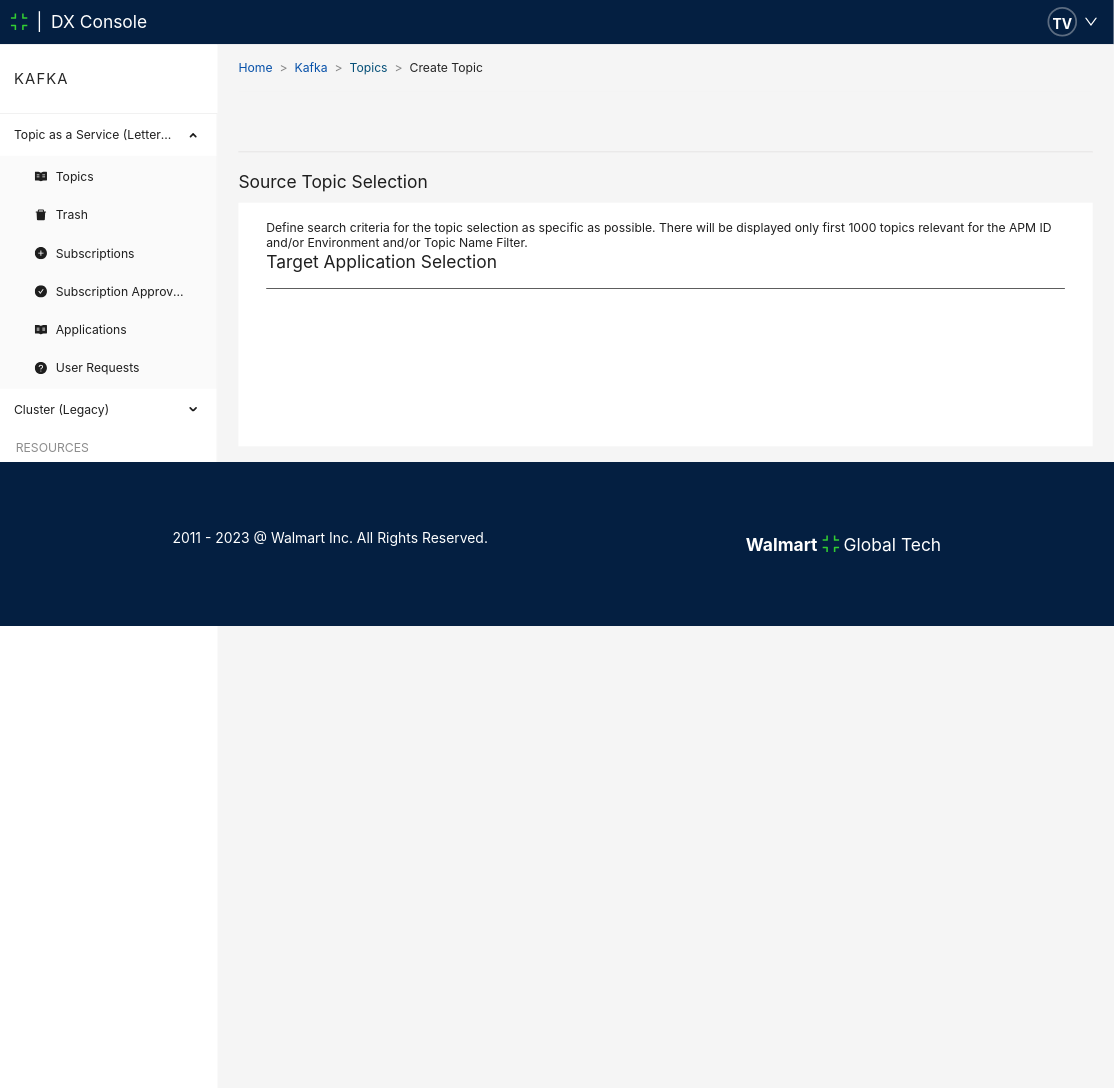
Repository: Qianying-Chai/kafka
Page: /kafka/subscriptions_active_tab=nonProxy/create-non-proxy
The author's editor kept a copy of each file at every save. The page is drawn from the files as they stood at one save, then again after the next save.
The browser window is 1280 px wide. The pictures show the whole page, at 87% of full size.
The project was rebuilt for these pictures with package versions that can differ from the ones it lists, and the page was loaded fresh each time. Also part of the build but not shown: src/pages/Components/ComponentsTable.jsx, src/pages/Components/ComponentsInput.jsx, src/pages/Components/ComponentsPagination.jsx, src/pages/Taas/Topics/Topics.jsx, src/pages/Components/Style/SelectTitle.css, src/pages/Components/SelectTitle.jsx, src/pages/Taas/Topics/Style/DetailsForm.css, src/pages/Taas/Topics/CreateTopics/Form/DetailsForm.jsx and 15 more.

Above is the page before, as saved 2024-01-15 19:32:35.

### src/index.js
import React from "react";
import ReactDOM from "react-dom/client";
import App from "./App";
import { BrowserRouter } from "react-router-dom";
import { Provider } from "react-redux";
import store from "../src/redux/store";
import "./style/index.css";

const root = ReactDOM.createRoot(document.getElementById("root"));
root.render(
  <Provider store={store}>
    <BrowserRouter>
      <App />
    </BrowserRouter>
  </Provider>
);

### src/App.js
import Header from "./pages/common/Header";
import Sider from "./pages/common/Sider.jsx";
import categoryConstants from "./pages/common/categoryConstants";
import Topics from "./pages/Taas/Topics/Topics";
import CreateTopic from "./pages/Taas/Topics/CreateTopics/CreateTopic";
import Trash from "./pages/Taas/Trash/Trash";
import SubscriptionApprovals from "./pages/Taas/SubscriptionApprovals/SubscriptionApprovals";
import SubscriptionsNonProxy from "./pages/Taas/Subscriptions/SubscriptionsNonProxy/SubscriptionsNonProxy";
import CreateSubscriptionsNonProxy from "./pages/Taas/Subscriptions/SubscriptionsNonProxy/CreateSubscriptions/CreateSubscriptionsNonProxy";
import CreateSubscriptionsProxy from "./pages/Taas/Subscriptions/SubscriptionsProxy/CreateSubscriptions/CreateSubscriptionsProxy";
import SubscriptionsProxy from "./pages/Taas/Subscriptions/SubscriptionsProxy/SubscriptionsProxy";
import Applications from "./pages/Taas/Applications/Applications";
import UserRequests from "./pages/Taas/UserRequests/UserRequests";
import Clusters from "./pages/Cluster/Clusters";
import MigratedClusters from "./pages/Cluster/MigratedClusters";
import Subscription from "./pages/Cluster/Subscription";
import UserRequestsLegacy from "./pages/Cluster/UserRequestsLegacy";
import Support from "./pages/Resources/Support";
import Footer from "./pages/common/Footer";
import { Routes, Route } from "react-router-dom";
import { Layout } from "antd";

function App() {
  return (
    <div className="App">
      <Layout>
        <Header />
        <Layout>
          <Sider />
          <Layout
            style={{
              padding: "0 24px 24px",
              height: "fit-content",
            }}
          >
            <Routes>
              <Route
                path={`kafka/${categoryConstants.TOPICS.toLowerCase()}`}
                element={<Topics />}
              />
              <Route
                path={`kafka/${categoryConstants.TOPICS.toLowerCase()}/create`}
                element={<CreateTopic />}
              />
              <Route
                path={`kafka/${categoryConstants.TRASH.toLowerCase()}`}
                element={<Trash />}
              />
              <Route
                path={`kafka/${categoryConstants.SUBSCRIPTIONS.toLowerCase()}_active_tab=nonProxy`}
                element={<SubscriptionsNonProxy />}
              />
              <Route
                path={`/kafka/${categoryConstants.SUBSCRIPTIONS.toLowerCase()}_active_tab=nonProxy/create-non-proxy`}
                element={<CreateSubscriptionsNonProxy />}
              />
              {/* <Route
                path={`/kafka/${categoryConstants.SUBSCRIPTIONS.toLowerCase()}_active_tab=proxy`}
                element={<CreateSubscriptionsProxy />}
              /> */}
              <Route
                path={`kafka/${categoryConstants.SUBSCRIPTIONS.toLowerCase()}_active_tab=proxy`}
                element={<SubscriptionsProxy />}
              />
              <Route
                path={`kafka/subscriptionRequests`}
                element={<SubscriptionApprovals />}
              />
              <Route
                path={`kafka/${categoryConstants.APPLICATIONS.toLowerCase()}`}
                element={<Applications />}
              />
              <Route path={`kafka/requests`} element={<UserRequests />} />
              <Route
                path={`kafka/${categoryConstants.CLUSTERS.toLowerCase()}`}
                element={<Clusters />}
              />
              <Route
                path={`kafka/migrated-clusters`}
                element={<MigratedClusters />}
              />
              <Route
                path={`kafka/mps-clusters-subscriptions`}
                element={<Subscription />}
              />
              <Route
                path={`kafka/legacy-requests`}
                element={<UserRequestsLegacy />}
              />
              <Route
                path={`kafka/${categoryConstants.SUPPORT.toLowerCase()}`}
                element={<Support />}
              />
            </Routes>
          </Layout>
        </Layout>
        <Footer />
      </Layout>
    </div>
  );
}

export default App;

### src/redux/store.jsx
import { configureStore } from "@reduxjs/toolkit";
import reducer from "./reducer";
const store = configureStore({ reducer: reducer });
export default store;

### src/pages/common/Header.jsx
import React from "react";
import "./Style/Header.css";
import { CompressOutlined, UpOutlined, DownOutlined } from "@ant-design/icons";
import { Layout } from "antd";
import { useState } from "react";
const Header = () => {
  const [login, setLogin] = useState(true);

  return (
    <Layout>
      <Layout.Header className="header">
        <div className="header-content-left">
          <CompressOutlined className="header-left-icon" />
          <span className="header-left-divider">|</span>
          <span className="header-left-dx-console">DX Console </span>
        </div>
        <div className="header-content-right">
          <div className="user">
            <div className="user-icon">TV</div>
            {login ? (
              <DownOutlined
                className="login-button"
                onClick={() => {
                  setLogin((state) => !state);
                }}
              />
            ) : (
              <UpOutlined
                className="logout-button"
                onClick={() => {
                  setLogin((state) => !state);
                }}
              />
            )}
          </div>
          <div
            className="logout-pop-up"
            style={{
              display: login ? "none" : "block",
            }}
          >
            LOGOUT
          </div>
        </div>
      </Layout.Header>
    </Layout>
  );
};
export default Header;

### src/pages/common/Sider.jsx
import React from "react";
import { Link } from "react-router-dom";
import "./Style/Sider.css";
import {
  ReadFilled,
  DeleteFilled,
  PlusCircleFilled,
  CheckCircleFilled,
  QuestionCircleFilled,
  HddFilled,
  SettingFilled,
} from "@ant-design/icons";
import { Layout, Menu, theme, ConfigProvider } from "antd";
import categoryConstants from "./categoryConstants";

const Sider = () => {
  const {
    token: { colorBgContainer },
  } = theme.useToken();

  const items = [
    {
      key: "Topic as a Service (Lettera)",
      label: "Topic as a Service (Lettera)",
      children: [
        {
          key: "Topics",
          label: (
            <Link to={`kafka/${categoryConstants.TOPICS.toLowerCase()}`}>
              {categoryConstants.TOPICS}
            </Link>
          ),
          icon: React.createElement(ReadFilled),
        },
        {
          key: "Trash",
          label: (
            <Link to={`kafka/${categoryConstants.TRASH.toLowerCase()}`}>
              {categoryConstants.TRASH}
            </Link>
          ),
          icon: React.createElement(DeleteFilled),
        },
        {
          key: "Subscriptions",
          label: (
            <Link
              to={`kafka/${categoryConstants.SUBSCRIPTIONS.toLowerCase()}_active_tab=nonProxy`}
            >
              {categoryConstants.SUBSCRIPTIONS}
            </Link>
          ),
          icon: React.createElement(PlusCircleFilled),
        },
        {
          key: "Subscription Approvals",
          label: (
            <Link to={`kafka/subscriptionRequests`}>
              {categoryConstants.SUBSCRIPTIONS_APPROVALS.replace("_", " ")}
            </Link>
          ),
          icon: React.createElement(CheckCircleFilled),
        },
        {
          key: "Applications",
          label: (
            <Link to={`kafka/${categoryConstants.APPLICATIONS.toLowerCase()}`}>
              {categoryConstants.APPLICATIONS}
            </Link>
          ),
          icon: React.createElement(ReadFilled),
        },
        {
          key: "User Requests",
          label: (
            <Link to={`kafka/requests`}>
              {categoryConstants.USER_REQUESTS.replace("_", " ")}
            </Link>
          ),
          icon: React.createElement(QuestionCircleFilled),
        },
      ],
    },
    {
      label: <div>Cluster (Legacy)</div>,
      key: "Cluster (Legacy)",
      children: [
        {
          key: "Clusters",
          label: (
            <Link to={`kafka/${categoryConstants.CLUSTERS.toLowerCase()}`}>
              {categoryConstants.CLUSTERS}
            </Link>
          ),
          icon: React.createElement(HddFilled),
        },
        {
          key: "Migrated Clusters",
          label: (
            <Link to={`kafka/migrated-clusters`}>
              {categoryConstants.MIGRATED_CLUSTERS.replace("_", " ")}
            </Link>
          ),
          icon: React.createElement(HddFilled),
        },
        {
          key: "Subscription",
          label: (
            <Link to={`kafka/mps-clusters-subscriptions`}>
              {categoryConstants.SUBSCRIPTION}
            </Link>
          ),
          icon: React.createElement(PlusCircleFilled),
        },
        {
          key: "User Requests (Legacy)",
          label: (
            <Link to={`kafka/legacy-requests`}>User Requests (Legacy)</Link>
          ),
          icon: React.createElement(QuestionCircleFilled),
        },
      ],
    },
    {
      label: <div>RESOURCES</div>,
      type: "group",
      key: "RESOURCES",
      children: [
        {
          key: "Supprot",
          label: (
            <Link to={`kafka/${categoryConstants.SUPPORT.toLowerCase()}`}>
              {categoryConstants.SUPPORT}
            </Link>
          ),
          icon: React.createElement(SettingFilled),
        },
      ],
    },
  ];

  return (
    <ConfigProvider
      theme={{
        components: {
          Menu: {
            itemHoverBg: "",
            itemHoverColor: "#1890ff",
            padding: 30,
          },
          Tabs: {
            inkBarColor: "rgb(4, 31, 65)",
          },
        },
      }}
    >
      <Layout.Sider
        className="sider"
        width={"250px"}
        style={{
          background: colorBgContainer,
        }}
      >
        <div className="slider-top">
          <span className="slider-top-content">KAFKA</span>
        </div>
        <div
          style={{
            marginLeft: "-12px",
          }}
        >
          <div></div>
          <Menu
            mode="inline"
            items={items}
            defaultOpenKeys={["Topic as a Service (Lettera)", "RESOURCES"]}
            style={{
              color: "#041f41",
            }}
          />
        </div>
      </Layout.Sider>
    </ConfigProvider>
  );
};
export default Sider;

### src/pages/common/categoryConstants.jsx
const categoryConstants = {
  TOPICS: "Topics",
  TRASH: "Trash",
  SUBSCRIPTIONS: "Subscriptions",
  SUBSCRIPTIONS_APPROVALS: "Subscription Approvals",
  APPLICATIONS: "Applications",
  USER_REQUESTS: "User Requests",
  CLUSTERS: "Clusters",
  MIGRATED_CLUSTERS: "Migrated Clusters",
  SUBSCRIPTION: "Subscription",
  USERE_REQUESTS_LEGACY: "User Requests (Legacy)",
  SUPPORT: "Support",
  CREATE_TOPIC: "Create Topic",
  CREATE_SUBSCRIPTION: "Create Subscription",
};

export default categoryConstants;

### src/pages/Taas/Subscriptions/SubscriptionsNonProxy/CreateSubscriptions/CreateSubscriptionsNonProxy.jsx
import React from "react";
import ComponentsBreadcrumb from "../../../../Components/ComponentsBreadcrumb";
import ComponentsContent from "../../../../Components/ComponentsContent";
import ComponentsDivider from "../../../../Components/ComponentsDivider";
import ComponentsTitle from "../../../../Components/ComponentsTitle";
import categoryConstants from "../../../../common/categoryConstants";
import { Typography } from "antd";
const { Title } = Typography;

const CreateSubscriptionsNonProxy = () => {
  return (
    <>
      <div>
        <ComponentsBreadcrumb
          items={[
            {
              title: "Home",
            },
            {
              title: "Kafka",
            },
            {
              title: categoryConstants.TOPICS,
              href: `/kafka/${categoryConstants.TOPICS.toLowerCase()}`,
            },
            {
              title: categoryConstants.CREATE_TOPIC,
            },
          ]}
        />
        <div className="content-banner">
          <ComponentsTitle title={categoryConstants.CREATE_SUBSCRIPTIONS} />
        </div>
      </div>
      <Title level={4} style={{ fontWeight: "normal" }}>
        Source Topic Selection
      </Title>
      <ComponentsContent>
        <div className="bordered-content">
          Define search criteria for the topic selection as specific as
          possible. There will be displayed only first 1000 topics relevant for
          the APM ID and/or Environment and/or Topic Name Filter.
        </div>
        {/* <SourceTopicFormNonProxy /> */}
        <Title level={4} style={{ fontWeight: "normal" }}>
          Target Application Selection
        </Title>
        {/* <TargetApplicationSelectionForm /> */}
        <ComponentsDivider />
        <div className="buttons-wrapper">
          {/* <CancelButton />
        <SubmitButton disabled /> */}
        </div>
      </ComponentsContent>
    </>
  );
};
export default CreateSubscriptionsNonProxy;

### src/pages/common/Footer.jsx
import React from "react";
import { Layout } from "antd";
import { CompressOutlined } from "@ant-design/icons";
import "./Style/Footer.css";

const Footer = () => {
  return (
    <Layout.Footer className="footer">
      <div className="footer-text-left">
        2011 - 2023 @ Walmart Inc. All Rights Reserved.
      </div>
      <div className="footer-text-right">
        <span className="footer-text-right-walmart">Walmart</span>
        <CompressOutlined className="footer-icon" />
        <span className="footer-text-right-global-tech">Global Tech</span>
      </div>
    </Layout.Footer>
  );
};

export default Footer;

### src/redux/reducer.jsx
import { SET_PATH_NAME, SET_SELECTED_TAAS_SUBSCRIPTIONS } from "./constants";
const initialState = {
  pathName: "",
  selectedTaasSubscriptions: "nonProxy",
};
const reducer = (state = initialState, action) => {
  const { type, payload } = action;
  switch (type) {
    case SET_PATH_NAME:
      return { ...state, pathName: payload };
    case SET_SELECTED_TAAS_SUBSCRIPTIONS:
      return { ...state, selectedTaasSubscriptions: payload };
    default:
      return state;
  }
};

export default reducer;

### src/pages/common/Style/Header.css
.header {
  justify-content: space-between;
  padding: 0 12px;
  background-color: rgb(4, 31, 65);
  height: 51px;
  line-height: 51px;
  color: #ffffff;
}

.header,
.user {
  display: flex;
}

.header-content-left {
  font-size: 20px;
}

.header-left-icon {
  color: #32cd32;
}

.header-left-divider {
  margin: 0 10px;
}

.header-content-right {
  font-weight: bolder;
  flex-direction: column;
  font-size: 1rem;
  width: 76px;
  padding-left: 12px;
}

.user {
  margin: 8px 0px;
}
.user-icon {
  height: 34px;
  line-height: 34px;
  width: 34px;
  border-radius: 50%;
  text-align: center;
}
.user-icon,
.logout-pop-up {
  border: 2px solid rgba(225, 225, 225, 0.4);
}

.login-button,
.logout-button {
  padding-left: 8px;
}

.logout-pop-up {
  transition: all 10s ease-out;
  width: 100px;
  height: 60px;
  line-height: 60px;
  position: absolute;
  right: 0px;
  z-index: 999;
  font-size: 15px;
  letter-spacing: 1pt;
  text-align: center;
  justify-content: center;
  color: rgb(94, 91, 91);
  box-shadow: 0px 0px 4px 4px rgba(176, 174, 174, 0.4);
}

### src/pages/common/Style/Sider.css
.sider {
  min-height: 1200px;
}

.slider-top {
  height: 80px;
  border-bottom: 1px solid rgb(239, 239, 239);
}
.slider-top-content {
  height: 100%;
  display: flex;
  align-items: center;
  margin-left: 16px;
  letter-spacing: 1pt;
  font-size: 17px;
  color: #000000d9;
}

### src/pages/Components/ComponentsContent.jsx
import React from "react";
import "../common/Style/Content.css";
import { Layout, theme } from "antd";

const ComponentsContent = (props) => {
  const {
    token: { colorBgContainer },
  } = theme.useToken();

  return (
    <div>
      <Layout.Content
        style={{
          padding: "20px 32px 32px",
          minHeight: 280,
          background: colorBgContainer,
        }}
        {...props}
      ></Layout.Content>
    </div>
  );
};
export default ComponentsContent;

### src/pages/Components/ComponentsBreadcrumb.jsx
import React from "react";
import { Breadcrumb, ConfigProvider } from "antd";

const ComponentsBreadcrumb = (props) => {
  return (
    <ConfigProvider
      theme={{
        components: {
          Breadcrumb: {
            lastItemColor: "#000000D9",
            linkColor: "#075179",
            itemColor: "#0751A9",
            linkHoverColor: "#F5F5F5",
          },
          token: {
            colorBgTextHover: "#F5F5F5",
          },
        },
      }}
    >
      <div>
        <Breadcrumb
          style={{
            margin: "16px 0",
          }}
          separator=">"
          items={props.items}
        ></Breadcrumb>
      </div>
    </ConfigProvider>
  );
};
export default ComponentsBreadcrumb;

### src/pages/Components/ComponentsTitle.jsx
import React from "react";
import { Typography, ConfigProvider } from "antd";
const { Title } = Typography;

const ComponentsTitle = (props) => {
  return (
    <>
      <ConfigProvider
        theme={{
          components: {
            token: {
              colorText: "#041E42",
            },
          },
        }}
      >
        <Title level={2} style={{ fontWeight: "bold" }}>
          {props.title}
        </Title>
      </ConfigProvider>
    </>
  );
};

export default ComponentsTitle;

### src/pages/Components/ComponentsDivider.jsx
import React from "react";
import { Divider, ConfigProvider } from "antd";
const ComponentsDivider = () => (
  <ConfigProvider
    theme={{
      token: {
        colorSplit: "rgba(0, 0, 0, 0.85)",
        marginLG: 16,
      },
    }}
  >
    {" "}
    <Divider />
  </ConfigProvider>
);
export default ComponentsDivider;

### src/pages/Taas/Topics/Style/CreateTopic.css
.buttons-wrapper {
  display: flex;
  justify-content: flex-end;
}

.cancel-button,
.submit-button {
  letter-spacing: 1pt;
}
.cancel-button {
  margin-right: 10px;
}

### src/pages/common/Style/Footer.css
.footer {
  text-emphasis-style: center;
  background-color: #041f41;
  color: white;
  display: flex;
  justify-content: space-around;
  height: 189px;
  align-items: center;
  width: 100%;
  position: fixed;
  bottom: 0;
}

.footer-icon {
  font-size: 20px;
  color: #32cd32;
}

.footer-text-left {
  font-size: 16px;
  margin-bottom: 16px;
}

.footer-text-right {
  font-size: 20px;
}

.footer-text-right-walmart {
  font-weight: bold;
  padding-right: 5px;
}

.footer-text-right-global-tech {
  padding-left: 5px;
}

### src/redux/constants.jsx
const SET_PATH_NAME = "SET_PATH_NAME";
const SET_SELECTED_TAAS_SUBSCRIPTIONS = "SET_SELECTED_TAAS_SUBSCRIPTIONS";
export { SET_PATH_NAME };
export { SET_SELECTED_TAAS_SUBSCRIPTIONS };

### src/pages/common/Style/Content.css
.content-banner {
  height: 70px;
  display: flex;
  justify-content: space-between;
  background-color: #f5f5f5;
  color: #041e42;
  letter-spacing: 1pt;
  border-bottom: 1px solid rgba(167, 164, 164, 0.3);
  margin-bottom: 20px;
  padding-bottom: 15px;
}

.content-banner-button {
  background-color: #041f41;
  color: #ffffff;
}

.content-text {
  margin: 24px 0 20px;
}

Loaded but not shown: public/index.html (common file); src/style/index.css (common file)

After the next save:
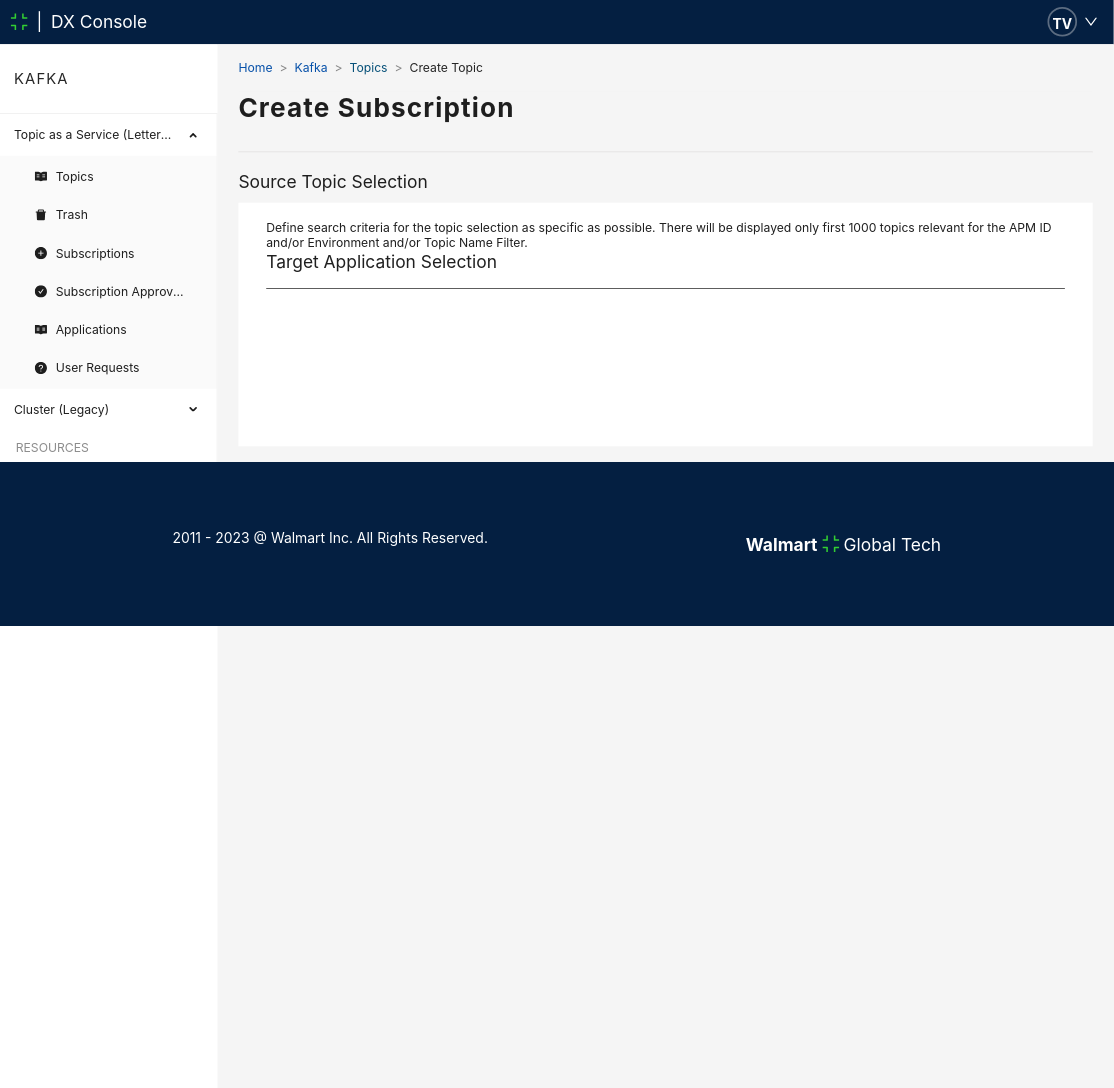
Saved 27 s later.
--- a/src/pages/Taas/Subscriptions/SubscriptionsNonProxy/CreateSubscriptions/CreateSubscriptionsNonProxy.jsx
+++ b/src/pages/Taas/Subscriptions/SubscriptionsNonProxy/CreateSubscriptions/CreateSubscriptionsNonProxy.jsx
@@ -29,7 +29,7 @@
           ]}
         />
         <div className="content-banner">
-          <ComponentsTitle title={categoryConstants.CREATE_SUBSCRIPTIONS} />
+          <ComponentsTitle title={categoryConstants.CREATE_SUBSCRIPTION} />
         </div>
       </div>
       <Title level={4} style={{ fontWeight: "normal" }}>
